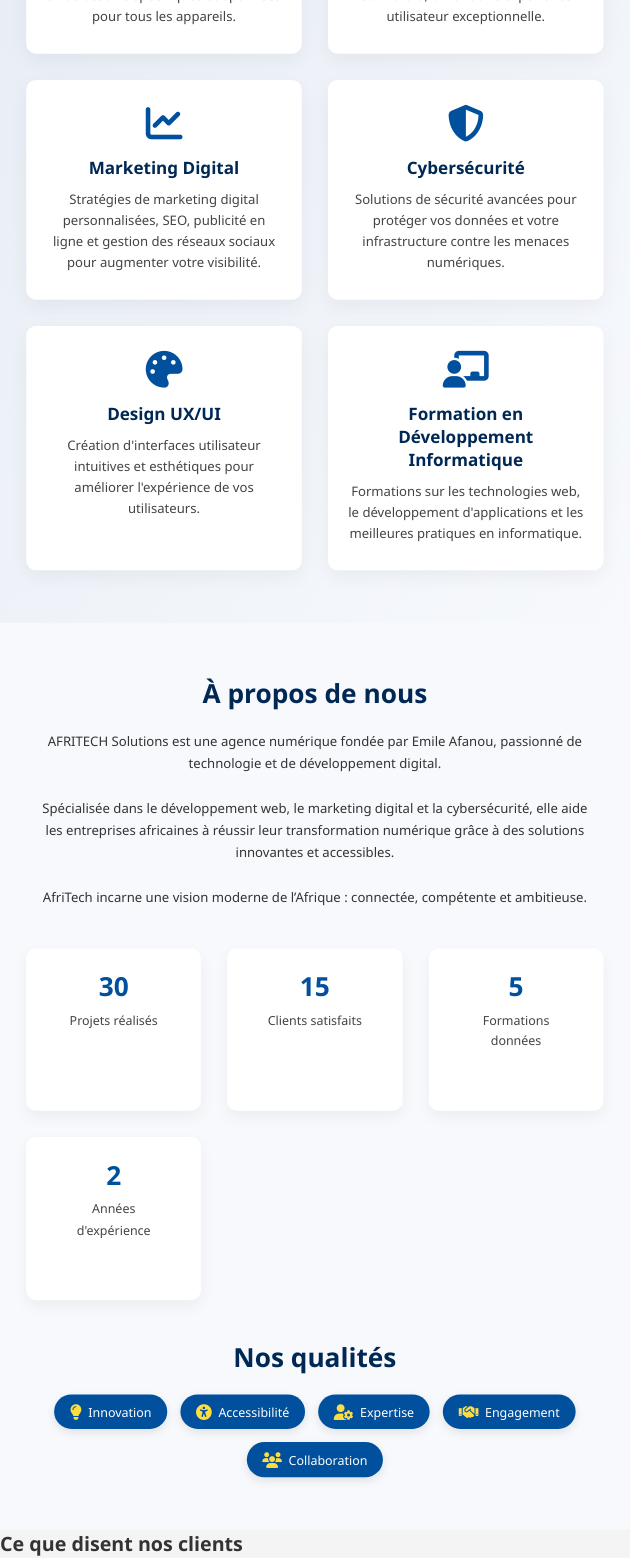
Repository: prestige225/AFRITECH
Page: index.html
The author's editor kept a copy of each file at every save. The page is drawn from the files as they stood at one save, then again after the next save.
The browser window is 768 px wide. The pictures show the part of the page from y = 1092 to 2992 px (the page is 4715 px tall before and 4347 px after), at 82% of full size.
A picture or video elsewhere on the page could not be fetched, so the positions and the page height are approximate.

Above is the page before, as saved 2025-07-25 23:37:06.
Console error: TypeError: Cannot read properties of null (reading 'addEventListener')

### index.html

<!DOCTYPE html>
<html lang="en">
<head>
    <meta charset="UTF-8">
    <meta name="viewport" content="width=device-width, initial-scale=1.0">
    <!-- Font Awesome CDN -->
<link rel="stylesheet" href="https://cdnjs.cloudflare.com/ajax/libs/font-awesome/6.4.0/css/all.min.css">
    <link rel="stylesheet" href="style.css">

    <title>AFRITECH</title>
</head>
<body>
    <header>
        <div class="logo">
            <img src="image/logo.jpg" alt="AfanouTech Logo">
            <h1><span>AFRI</span>TECH</h1>
        </div>

         <!-- Bouton hamburger visible sur mobile -->
  <div class="menu-toggle" id="menu-toggle">
    <i class="fas fa-bars"></i>
  </div>


       <nav>
  <ul>
    <li><a href="index.html"><i class="fas fa-home"></i> Accueil</a></li>
    <li><a href="#services"><i class="fas fa-tools"></i> Services</a></li>
    <li><a href="#about"><i class="fas fa-info-circle"></i> À Propos</a></li>
    <li><a href="#contacts" id="openModalLink"><i class="fas fa-envelope"></i> Contact</a></li>

    <li><a href="#qualité"><i class="fas fa-project-diagram"></i> Nos Qualités</a></li>
  </ul>
</nav>

    </header>

<!-- hero -->
 <section class="hero">
    <div class="hero-content">
        <h1>Solutions numériques innovantes pour l'Afrique</h1>

        <p>Nous créons des expériences web exceptionnelles et des stratégies marketing digitales qui propulsent votre entreprise vers le succès.</p>
        <a href="contact.html" class="btn">Contactez-nous</a>
        <a href="#" class="btn">Nos Services</a>

    </div>
    <div class="hero-image">
        <img src="image/emile.jpg" alt="Image d'accueil">
    </div>

    <div class="couleurpassante en design">

    </div>

 </section>


 <!-- SECTION SERVICES -->
  <section id="services" class="services-section">
            <h2>Nos Services</h2>
    <div class="services">

        <div class="service-item">
            <i class="fas fa-laptop-code"></i>
            <h3>Développement Web</h3>
            <p>Sites vitrines, e-commerce, applications web sur mesure adaptés à vos besoins spécifiques et optimisés pour tous les appareils.</p>
        </div>
        <div class="service-item">
            <i class="fas fa-mobile-alt"></i>
            <h3>Applications Mobiles</h3>
            <p>Développement d'applications mobiles natives et hybrides pour iOS et Android, offrant une expérience utilisateur exceptionnelle.</p>
        </div>
        <div class="service-item">
            <i class="fas fa-chart-line"></i>
            <h3>Marketing Digital</h3>
            <p>Stratégies de marketing digital personnalisées, SEO, publicité en ligne et gestion des réseaux sociaux pour augmenter votre visibilité.</p>
        </div>
        <div class="service-item">
            <i class="fas fa-shield-alt"></i>
            <h3>Cybersécurité</h3>
            <p>Solutions de sécurité avancées pour protéger vos données et votre infrastructure contre les menaces numériques.</p>
        </div>
        <div class="service-item">
            <i class="fas fa-palette"></i>
            <h3>Design UX/UI</h3>
            <p>Création d'interfaces utilisateur intuitives et esthétiques pour améliorer l'expérience de vos utilisateurs.</p>
        </div>

        <div class="service-item">
            <i class="fas fa-chalkboard-teacher"></i>
            <h3>Formation en Développement Informatique</h3>
            <p>Formations sur les technologies web, le développement d'applications et les meilleures pratiques en informatique.</p>
            </div>
    </div>
  </section>
<!-- SECTION apropos -->
<section id="about" class="about-section">
  <h2>À propos de nous</h2>
  <p>
    AFRITECH Solutions est une agence numérique fondée par Emile Afanou, passionné de technologie et de développement digital.<br><br>
    Spécialisée dans le développement web, le marketing digital et la cybersécurité, elle aide les entreprises africaines à réussir leur transformation numérique grâce à des solutions innovantes et accessibles.<br><br>
    AfriTech incarne une vision moderne de l’Afrique : connectée, compétente et ambitieuse.
  </p>

  <!-- COMPTEURS -->
  <div class="counters" id="qualité">
    <div class="counter-box">
      <span class="counter" data-target="30">0</span>
      <p>Projets réalisés</p>
    </div>
    <div class="counter-box">
      <span class="counter" data-target="15">0</span>
      <p>Clients satisfaits</p>
    </div>
    <div class="counter-box">
      <span class="counter" data-target="5">0</span>
      <p>Formations données</p>
    </div>
    <div class="counter-box">
      <span class="counter" data-target="2">0</span>
      <p>Années d'expérience</p>
    </div>
  </div>

  <!-- NOS QUALITÉS -->
  <div class="nos-qualites">
    <h3>Nos qualités</h3>
    <ul>
      <li><i class="fas fa-lightbulb"></i> Innovation</li>
      <li><i class="fas fa-universal-access"></i> Accessibilité</li>
      <li><i class="fas fa-user-cog"></i> Expertise</li>
      <li><i class="fas fa-handshake"></i> Engagement</li>
      <li><i class="fas fa-users"></i> Collaboration</li>
    </ul>
  </div>


  <!-- Bouton pour ouvrir la modale -->
<!-- <button id="openModalBtn" class="open-modal-btn">Contactez-nous</button> -->

<!-- Modale -->
<div id="contactModal" class="modal">
  <div class="modal-content">
    <span id="closeModalBtn" class="close-btn">&times;</span>
    <h2>Contactez-nous</h2>
    <form action="https://formspree.io/f/mabcxyz" method="POST">
      <input type="text" name="name" placeholder="Votre nom" required autocomplete="off" />
      <input type="email" name="email" placeholder="Votre email" required autocomplete="off" />
      <textarea name="message" rows="5" placeholder="Votre message" required></textarea>
      <button type="submit" class="btn">Envoyer</button>
    </form>
  </div>
</div>
</section>


<section id="temoignages" class="temoignages-section">
  <h2>Ce que disent nos clients</h2>
  <div class="temoignages-container">

    <div class="temoignage">
      <p class="message">"AFRITECH a transformé notre présence en ligne. Service rapide et professionnel !"</p>
      <div class="auteur">
        <img src="https://cdn-icons-png.flaticon.com/512/147/147144.png" alt="Avatar femme">
        <div>
          <h4>Fatou Koné</h4>
          <span>Gérante, Boutique Élégance</span>
        </div>
      </div>
    </div>

    <div class="temoignage">
      <p class="message">"Une équipe à l’écoute, disponible, et des résultats au-delà de mes attentes."</p>
      <div class="auteur">
        <img src="https://cdn-icons-png.flaticon.com/512/147/147142.png" alt="Avatar homme">
        <div>
          <h4>Yao Michel</h4>
          <span>Directeur, École La Réussite</span>
        </div>
      </div>
    </div>

    <div class="temoignage">
      <p class="message">"Professionnalisme, créativité et efficacité. Merci AFRITECH !"</p>
      <div class="auteur">
        <img src="https://cdn-icons-png.flaticon.com/512/147/147140.png" alt="Avatar femme">
        <div>
          <h4>Aïcha Diabaté</h4>
          <span>Entrepreneure</span>
        </div>
      </div>
    </div>

  </div>
</section>




<footer class="footer">
  <div class="footer-container">
    <div class="footer-brand">
      <h2>AFRITECH</h2>
      <p>Transformons l’Afrique grâce au digital.</p>
    </div>
    <div class="footer-links">
      <h4>Liens rapides</h4>
      <ul>
        <li><a href="#">Accueil</a></li>
        <li><a href="#services">Services</a></li>
        <li><a href="#about">À propos</a></li>
        <li><a href="#contacts" id="contacts">Contact</a></li>
      </ul>
    </div>
    <div class="footer-contact">
      <h4>Contact</h4>
      <p><i class="fas fa-envelope"></i>AFRITECH@gmail.com</p>
      <p><i class="fas fa-phone"></i> +225 0585311329</p>
      <div class="social-icons">
        <a href="#" aria-label="Facebook"><i class="fab fa-facebook-f"></i></a>
        <a href="#" aria-label="Twitter"><i class="fab fa-twitter"></i></a>
        <a href="#" aria-label="LinkedIn"><i class="fab fa-linkedin-in"></i></a>
        <a href="#" aria-label="Instagram"><i class="fab fa-instagram"></i></a>
      </div>
    </div>
  </div>
  <div class="footer-bottom">
    <p>© 2025 AFRITECH. Tous droits réservés.</p>
  </div>
</footer>


    <script src="index.js"></script>

    <!--  -->
</body>



</html>

### style.css

/* ========== RESET ========== */
* {
  margin: 0;
  padding: 0;
  box-sizing: border-box;
}

/* ========== GLOBAL ========== */
body {
  font-family: 'Segoe UI', sans-serif;
  background-color: #f4f4f4;
  color: #333;
}

/* ========== HEADER ========== */
header {
  background-color: #002855;
  color: white;
  padding: 1rem 2rem;
  display: flex;
  justify-content: space-between;
  align-items: center;
  flex-wrap: wrap;
  position: relative;
}

/* Logo */
.logo {
  display: flex;
  align-items: center;
  gap: 10px;
}

.logo img {
  width: 40px;
  height: 40px;
}

.logo h1 {
  font-size: 1.5rem;
  font-weight: bold;
}

.logo span {
  color: #ff8000;
}

/* Navigation */
nav ul {
  list-style: none;
  display: flex;
  gap: 1.5rem;
}

nav a {
  color: white;
  text-decoration: none;
  font-weight: 500;
  transition: 0.3s;
}

nav a:hover {
  color: #ff8000;
}

/* Hamburger button */
.menu-toggle {
  display: none;
  font-size: 1.8rem;
  color: white;
  cursor: pointer;
}

/* ========== RESPONSIVE ========== */
@media (max-width: 768px) {
  nav {
    width: 100%;
  }

  nav ul {
    flex-direction: column;
    background-color: #002855;
    position: absolute;
    top: 100%;
    left: 0;
    right: 0;
    display: none;
    padding: 1rem;
    z-index: 10;
  }

  nav ul.active {
    display: flex;
  }

  .menu-toggle {
    display: block;
  }
}
/* 🎯 SECTION HERO MODERNE */
.hero {
  display: flex;
  flex-wrap: wrap;
  align-items: center;
  justify-content: space-between;
  padding: 3rem 2rem;
  background: linear-gradient(to right, #002855, #00509e);
  color: white;
  position: relative;
  overflow: hidden;
}

/* Contenu texte */
.hero-content {
  flex: 1 1 50%;
  max-width: 600px;
  z-index: 1;
}

.hero-content h1 {
  font-size: 2.5rem;
  margin-bottom: 1rem;
}

.hero-content p {
  font-size: 1.1rem;
  margin-bottom: 2rem;
  line-height: 1.6;
}

/* Boutons */
.hero-content .btn {
  display: inline-block;
  background-color: #ff8000;
  color: white;
  padding: 0.8rem 1.5rem;
  margin-right: 1rem;
  border-radius: 5px;
  text-decoration: none;
  font-weight: bold;
  transition: background 0.3s ease;
}

.hero-content .btn:hover {
  background-color: #e67300;
}

/* Image d’accueil */
.hero-image {
  flex: 1 1 40%;
  text-align: center;
  z-index: 1;
}

.hero-image img {
  width: 100%;
  max-width: 400px;
  height: auto;
  border-radius: 15px;
}

/* Effet décoratif de fond (couleurpassante) */
.couleurpassante {
  position: absolute;
  top: -50px;
  right: -50px;
  width: 300px;
  height: 300px;
  background: radial-gradient(circle, #ffffff22, transparent 70%);
  border-radius: 50%;
  animation: flotter 10s infinite alternate;
  z-index: 0;
}

/* Animation douce */
@keyframes flotter {
  0% {
    transform: translateY(0) rotate(0deg);
  }
  100% {
    transform: translateY(20px) rotate(20deg);
  }
}

/* 📱 Responsive */
@media (max-width: 768px) {
  .hero {
    flex-direction: column;
    text-align: center;
  }

  .hero-content, .hero-image {
    flex: 1 1 100%;
    max-width: 100%;
  }

  .hero-content h1 {
    font-size: 2rem;
  }

  .hero-content p {
    font-size: 1rem;
  }

  .hero-content .btn {
    margin-bottom: 1rem;
  }
}


/* ========== SECTION SERVICES ========== */
.services-section {
  padding: 4rem 2rem;
  background: linear-gradient(to bottom right, #e6ecf5, #f7f9fc);
  text-align: center;
}

.services-section h2 {
  font-size: 2.5rem;
  margin-bottom: 3rem;
  color: #002855;
  font-weight: 700;
}

/* Container de toutes les cartes */
.services {
  display: grid;
  grid-template-columns: repeat(auto-fit, minmax(280px, 1fr));
  gap: 2rem;
  max-width: 1200px;
  margin: 0 auto;
}

/* Style individuel des services */
.service-item {
  background-color: #ffffff;
  border-radius: 12px;
  padding: 2rem 1.5rem;
  box-shadow: 0 8px 25px rgba(0, 0, 0, 0.05);
  transition: transform 0.3s ease, box-shadow 0.3s ease;
}

.service-item:hover {
  transform: translateY(-8px);
  box-shadow: 0 12px 30px rgba(0, 0, 0, 0.1);
}

/* Icône */
.service-item i {
  font-size: 2.8rem;
  color: #00509e;
  margin-bottom: 1rem;
}

/* Titre */
.service-item h3 {
  font-size: 1.3rem;
  margin-bottom: 0.8rem;
  color: #002855;
  font-weight: 600;
}

/* Paragraphe */
.service-item p {
  font-size: 1rem;
  line-height: 1.6;
  color: #444;
}


/* ===== SECTION À PROPOS ===== */
.about-section {
  padding: 4rem 2rem;
  text-align: center;
  background: #f7f9fc;
}

.about-section h2 {
  font-size: 2.5rem;
  color: #002855;
  margin-bottom: 1.5rem;
}

.about-section p {
  max-width: 900px;
  margin: 0 auto 3rem;
  font-size: 1.1rem;
  line-height: 1.8;
  color: #333;
}

/* ===== SECTION À PROPOS ===== */
.about-section {
  padding: 4rem 2rem;
  text-align: center;
  background: #f7f9fc;
  font-family: 'Segoe UI', Tahoma, Geneva, Verdana, sans-serif;
}

.about-section h2 {
  font-size: 2.5rem;
  color: #002855;
  margin-bottom: 1.5rem;
  font-weight: 700;
}

.about-section p {
  max-width: 900px;
  margin: 0 auto 3rem;
  font-size: 1.1rem;
  line-height: 1.7;
  color: #333;
}

.about-section {
  padding: 4rem 2rem;
  text-align: center;
  background: #f7f9fc;
  font-family: 'Segoe UI', Tahoma, Geneva, Verdana, sans-serif;
}

.about-section h2 {
  font-size: 2.5rem;
  color: #002855;
  margin-bottom: 1.5rem;
  font-weight: 700;
}

.about-section p {
  max-width: 900px;
  margin: 0 auto 3rem;
  font-size: 1.1rem;
  line-height: 1.7;
  color: #333;
}

/* Compteurs */
.counters {
  display: grid;
  grid-template-columns: repeat(auto-fit, minmax(160px, 1fr));
  gap: 2rem;
  max-width: 1000px;
  margin: 0 auto 3rem;
}

.counter-box {
  background: #fff;
  border-radius: 12px;
  padding: 1.5rem;
  box-shadow: 0 8px 20px rgba(0, 0, 0, 0.05);
  transition: transform 0.3s ease;
}

.counter-box:hover {
  transform: translateY(-5px);
}

.counter {
  font-size: 2.5rem;
  font-weight: 700;
  color: #00509e;
  display: block;
}

.counter-box p {
  margin-top: 0.5rem;
  font-size: 1rem;
  color: #444;
}

/* Nos qualités */
.nos-qualites {
  margin-top: 3rem;
  max-width: 800px;
  margin-left: auto;
  margin-right: auto;
  text-align: center;
}

.nos-qualites h3 {
  font-size: 2rem;
  color: #002855;
  margin-bottom: 1.5rem;
  font-weight: 700;
}

.nos-qualites ul {
  list-style: none;
  padding: 0;
  display: flex;
  flex-wrap: wrap;
  justify-content: center;
  gap: 1rem;
}

.nos-qualites li {
  background-color: #00509e;
  color: #fff;
  padding: 0.8rem 1.5rem;
  border-radius: 25px;
  font-size: 1rem;
  font-weight: 500;
  box-shadow: 0 4px 12px rgba(0, 0, 0, 0.1);
  display: flex;
  align-items: center;
  gap: 0.5rem;
  transition: background 0.3s ease;
}

.nos-qualites li:hover {
  background-color: #003f7f;
}

.nos-qualites li i {
  color: #ffdd40;
  font-size: 1.2rem;
}

/* Responsive */
@media (max-width: 768px) {
  .about-section h2 {
    font-size: 2rem;
  }

  .about-section p {
    font-size: 1rem;
    padding: 0 1rem;
  }

  .counter {
    font-size: 2rem;
  }

  .counter-box p {
    font-size: 0.95rem;
  }

  .nos-qualites li {
    font-size: 0.95rem;
    padding: 0.7rem 1.2rem;
  }
}

@media (max-width: 480px) {
  .counters {
    grid-template-columns: 1fr;
  }

  .nos-qualites ul {
    flex-direction: column;
    gap: 1rem;
  }

  .nos-qualites li {
    justify-content: center;
  }
}


/* Bouton pour ouvrir la modale */
.open-modal-btn {
  padding: 10px 20px;
  background-color: #00509e;
  color: white;
  border: none;
  border-radius: 25px;
  cursor: pointer;
  font-size: 1rem;
  margin: 2rem auto;
  display: block;
}

.open-modal-btn:hover {
  background-color: #003f7f;
}

/* Bouton ouvrir modale */
.open-modal-btn {
  padding: 10px 20px;
  background-color: #00509e;
  color: white;
  border: none;
  border-radius: 25px;
  cursor: pointer;
  font-size: 1rem;
  display: inline-block;
  margin: 1rem auto;
}

.open-modal-btn:hover {
  background-color: #003f7f;
}

/* Modale masquée par défaut */
.modal {
  display: none;
  position: fixed;
  z-index: 10000;
  top: 0; left: 0;
  width: 100vw;
  height: 100vh;
  background-color: rgba(0,0,0,0.7);
  justify-content: center;
  align-items: center;
  padding: 1rem;
}

/* Afficher modale */
.modal.show {
  display: flex;
}

/* Contenu modale */
.modal-content {
  background-color: #fff;
  border-radius: 10px;
  max-width: 500px;
  width: 100%;
  padding: 2rem;
  position: relative;
  box-shadow: 0 0 15px rgba(0,0,0,0.3);
  animation: fadeInScale 0.3s ease forwards;
}

@keyframes fadeInScale {
  from {opacity: 0; transform: scale(0.9);}
  to {opacity: 1; transform: scale(1);}
}

.modal-content h2 {
  color: #003f7f;
  margin-bottom: 1rem;
  text-align: center;
}

.modal-content form {
  display: flex;
  flex-direction: column;
  gap: 1rem;
}

input, textarea {
  padding: 1rem;
  font-size: 1rem;
  border-radius: 8px;
  border: 1px solid #ccc;
  outline: none;
  font-family: inherit;
  transition: border-color 0.3s ease;
}

input:focus, textarea:focus {
  border-color: #00509e;
}

button.btn {
  background-color: #00509e;
  color: white;
  padding: 0.9rem;
  font-weight: 600;
  border: none;
  border-radius: 25px;
  cursor: pointer;
  font-size: 1rem;
  transition: background-color 0.3s ease;
}

button.btn:hover {
  background-color: #003f7f;
}

/* Bouton fermer modale */
.close-btn {
  position: absolute;
  top: 15px;
  right: 15px;
  font-size: 1.8rem;
  color: #777;
  cursor: pointer;
  transition: color 0.3s ease;
}

.close-btn:hover {
  color: #000;
}

/* Responsive */
@media (max-width: 600px) {
  .modal-content {
    padding: 1.5rem;
  }
}

.footer {
  background: #121623;
  color: #d1d5db;
  padding: 3rem 1rem 1rem;
  font-family: 'Segoe UI', Tahoma, Geneva, Verdana, sans-serif;
}

.footer-container {
  max-width: 1100px;
  margin: 0 auto;
  display: flex;
  flex-wrap: wrap;
  gap: 3rem;
  justify-content: space-between;
}

.footer-brand h2 {
  font-size: 2rem;
  color: #4f46e5; /* violet doux */
  margin-bottom: 0.5rem;
  font-weight: 700;
}

.footer-brand p {
  font-size: 1rem;
  color: #9ca3af;
  max-width: 250px;
}

.footer-links,
.footer-contact {
  flex: 1 1 220px;
}

.footer-links h4,
.footer-contact h4 {
  font-size: 1.2rem;
  color: #e0e7ff;
  margin-bottom: 1rem;
  font-weight: 600;
}

.footer-links ul {
  list-style: none;
  padding: 0;
}

.footer-links ul li {
  margin-bottom: 0.7rem;
}

.footer-links ul li a {
  color: #9ca3af;
  text-decoration: none;
  transition: color 0.3s ease;
  font-weight: 500;
}

.footer-links ul li a:hover {
  color: #4f46e5;
}

.footer-contact p {
  display: flex;
  align-items: center;
  gap: 0.6rem;
  margin-bottom: 1rem;
  font-weight: 500;
  color: #9ca3af;
}

.footer-contact i {
  color: #4f46e5;
  font-size: 1.2rem;
}

.social-icons {
  display: flex;
  gap: 1rem;
  margin-top: 0.5rem;
}

.social-icons a {
  color: #9ca3af;
  font-size: 1.4rem;
  transition: color 0.3s ease;
}

.social-icons a:hover {
  color: #4f46e5;
}

/* Footer bas */
.footer-bottom {
  margin-top: 2rem;
  text-align: center;
  border-top: 1px solid #2e2e48;
  padding-top: 1rem;
  font-size: 0.85rem;
  color: #6b7280;
}

/* Responsive */
@media (max-width: 768px) {
  .footer-container {
    flex-direction: column;
    gap: 2rem;
    text-align: center;
  }

  .footer-brand p {
    margin: 0 auto;
  }

  .footer-links,
  .footer-contact {
    flex: unset;
  }

  .social-icons {
    justify-content: center;
  }
}
.footer-contact p {
  display: flex;
  align-items: center;      /* aligne verticalement */
  gap: 8px;                 /* espace entre icône et texte */
  margin-bottom: 1rem;
  font-weight: 500;
  color: #9ca3af;
  /* Assure que la ligne prend la hauteur du texte */
  line-height: 1.2;
  text-align: center;
  align-items: center;
}

.footer-contact i {
  color: #4f46e5;
  font-size: 1.2rem;
  /* Fixe la taille de l'icône et centre parfaitement */
  display: inline-flex;
  align-items: center;
  justify-content: center;
  width: 20px;       /* largeur fixe pour alignement uniforme */
  height: 20px;      /* hauteur fixe pour alignement uniforme */
  line-height: 1;
  align-items: center;
}
html {
  scroll-behavior: smooth;
}

### index.js

// script.js

// Récupération des éléments
const toggleBtn = document.getElementById("menu-toggle");
const navMenu = document.querySelector("nav ul");

// Écoute du clic sur le bouton menu
toggleBtn.addEventListener("click", () => {
  navMenu.classList.toggle("active");
});


const counters = document.querySelectorAll('.counter');

  counters.forEach(counter => {
    const updateCount = () => {
      const target = +counter.getAttribute('data-target');
      const count = +counter.innerText;
      const speed = 100; // Plus petit = plus rapide

      const increment = Math.ceil(target / speed);

      if (count < target) {
        counter.innerText = count + increment;
        setTimeout(updateCount, 30);
      } else {
        counter.innerText = target;
      }
    };

    updateCount();
  });


  const openModalBtn = document.getElementById('openModalBtn');
const modal = document.getElementById('contactModal');
const closeModalBtn = document.getElementById('closeModalBtn');

openModalBtn.addEventListener('click', () => {
  modal.classList.add('show');
});

closeModalBtn.addEventListener('click', () => {
  modal.classList.remove('show');
});

window.addEventListener('click', (e) => {
  if (e.target === modal) {
    modal.classList.remove('show');
  }
});

// Fermer avec la touche ESC
window.addEventListener('keydown', (e) => {
  if (e.key === 'Escape' && modal.classList.contains('show')) {
    modal.classList.remove('show');
  }
});

After the next save:
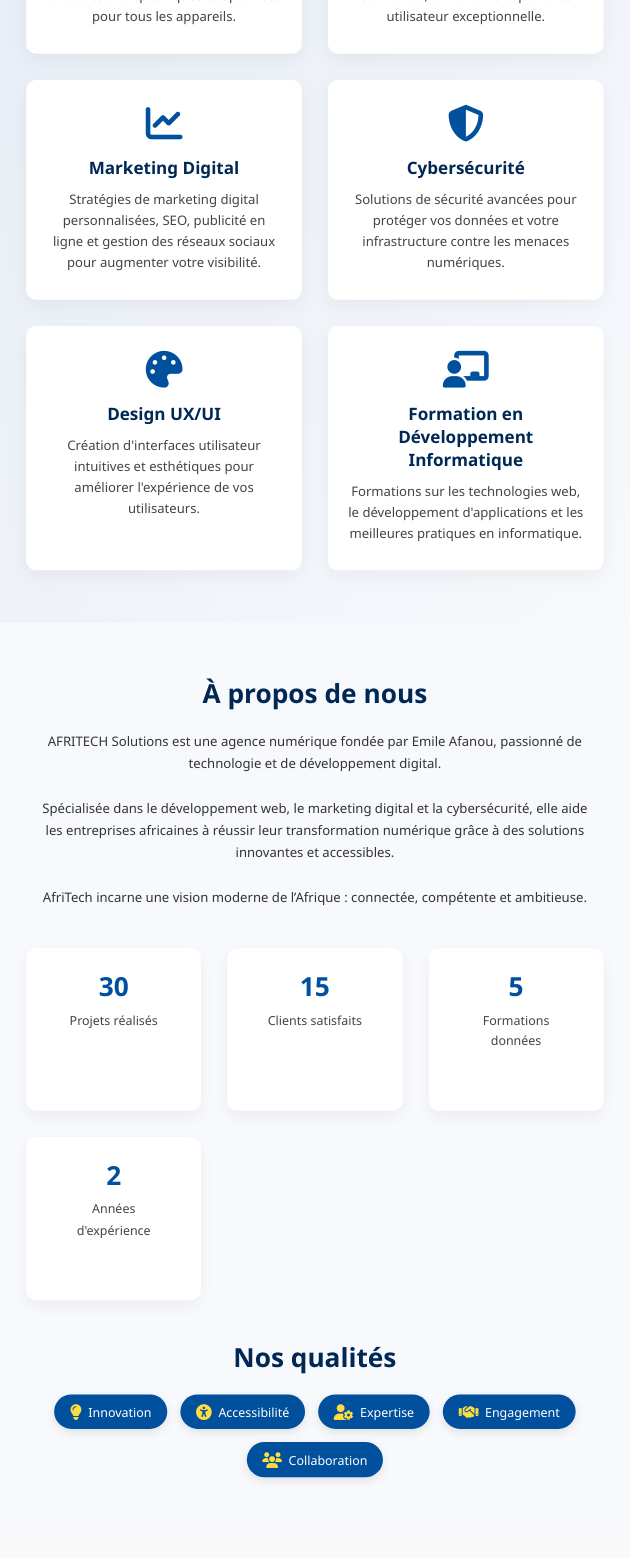
Saved 31 s later.
--- a/style.css
+++ b/style.css
@@ -743,3 +743,74 @@ button.btn:hover {
 html {
   scroll-behavior: smooth;
 }
+
+
+.temoignages-section {
+  padding: 60px 20px;
+  background-color: #f9f9f9;
+  text-align: center;
+}
+
+.temoignages-section h2 {
+  font-size: 28px;
+  margin-bottom: 40px;
+  color: #222;
+}
+
+.temoignages-container {
+  display: flex;
+  flex-wrap: wrap;
+  justify-content: center;
+  gap: 30px;
+}
+
+.temoignage {
+  background: white;
+  padding: 25px;
+  max-width: 300px;
+  border-radius: 12px;
+  box-shadow: 0 4px 10px rgba(0,0,0,0.08);
+  transition: transform 0.3s ease;
+}
+
+.temoignage:hover {
+  transform: translateY(-5px);
+}
+
+.message {
+  font-style: italic;
+  font-size: 15px;
+  color: #444;
+  margin-bottom: 20px;
+}
+
+.auteur {
+  display: flex;
+  align-items: center;
+  gap: 15px;
+}
+
+.auteur img {
+  width: 50px;
+  height: 50px;
+  border-radius: 50%;
+  object-fit: cover;
+}
+
+.auteur h4 {
+  margin: 0;
+  font-size: 16px;
+  color: #007bff;
+}
+
+.auteur span {
+  font-size: 13px;
+  color: #666;
+}
+
+@media (max-width: 768px) {
+  .temoignages-container {
+    flex-direction: column;
+    align-items: center;
+  }
+}
